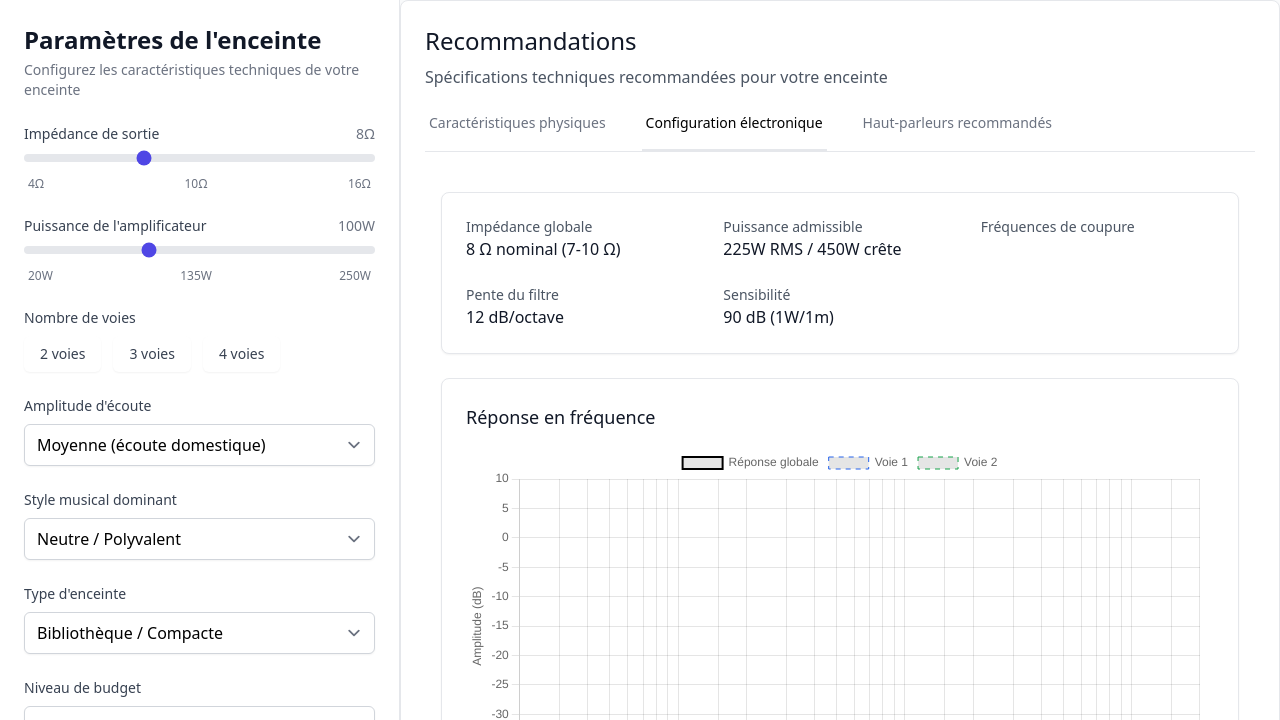
Repository: flobutbut/AcuoTune
Page: /, after clicking the first element matching `nav.flex > :nth-child(2)`
These files come from the project's save history. The page is drawn as it stood at one moment and after the next save; the edit follows.
The browser window is 1280 px wide. The pictures show the whole page.
An inner scrolling area shows only its first screen. The project was rebuilt for these pictures with package versions that can differ from the ones it lists, and the page was loaded fresh each time. Also part of the build but not shown: vite.config.ts, src/components/configurateur/recommendations/SpeakersTab.vue.

Above is the page before, as saved 2025-02-28 14:34:52.

After the next save:
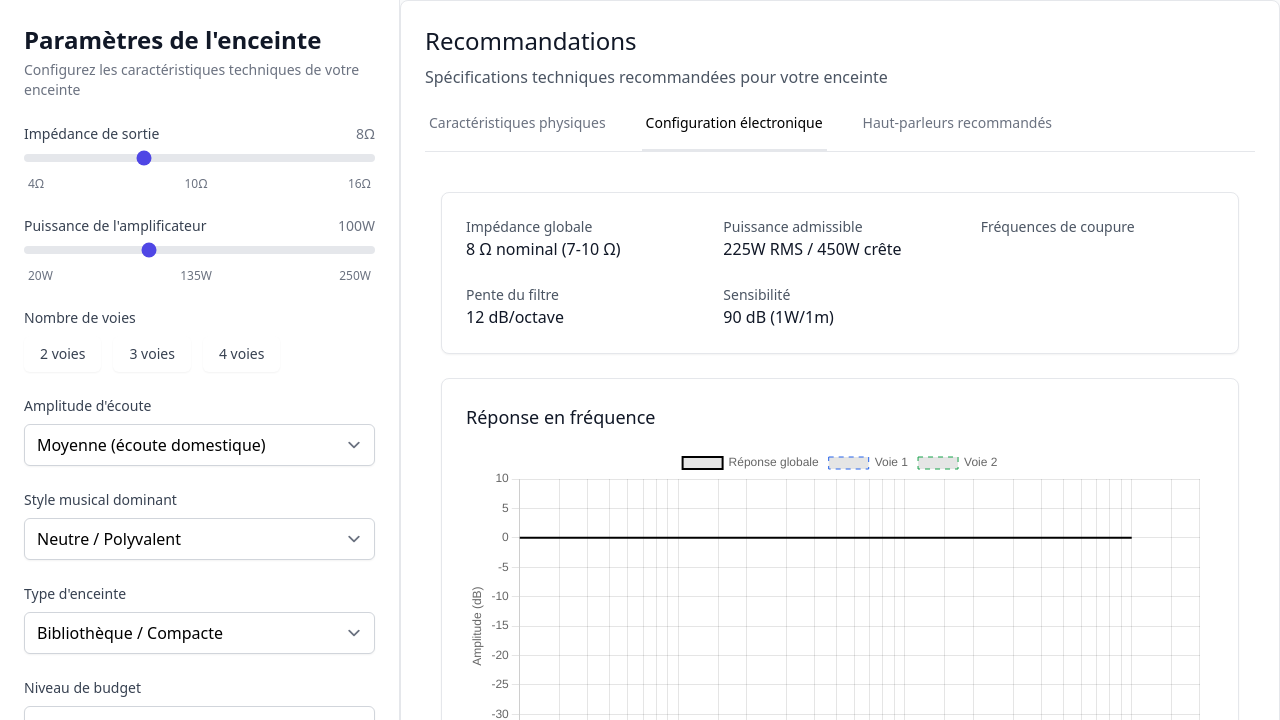
Saved 58 s later.
--- a/src/utils/calculations/frequency-response.ts
+++ b/src/utils/calculations/frequency-response.ts
@@ -67,48 +67,10 @@ function calculateRoomEffects(frequency: number, config: Config): number {
 }
 
 export function calculateVoiceResponse(frequency: number, voiceIndex: number, config: Config, electronicParams: ElectronicParams): number {
-  validateConfig(config)
+  console.log('Input values:', { frequency, voiceIndex, config, electronicParams })
 
   const nombreVoies = parseInt(config.nombreVoies)
   const freqCoupures = electronicParams.frequencesCoupure.map(f => parseInt(f))
-
-  // Ajustements réalistes selon le type d'enceinte
-  const enceinteAdjustments = {
-    'bibliothèque': {
-      bassBoost: -3,
-      maxSpl: 106
-    },
-    'colonne': {
-      bassBoost: 0,
-      maxSpl: 110
-    }
-  }
-
-  const currentEnceinteAdjustments = enceinteAdjustments[config.typeEnceinte as keyof typeof enceinteAdjustments] || {
-    bassBoost: 0,
-    maxSpl: 108
-  }
-
-  // Ajustements selon l'amplitude d'écoute
-  const amplitudeAdjustments = {
-    'faible': {
-      bassBoost: 3,
-      trebleBoost: 2
-    },
-    'moyenne': {
-      bassBoost: 0,
-      trebleBoost: 0
-    },
-    'forte': {
-      bassBoost: -2,
-      trebleBoost: -1
-    }
-  }
-
-  const currentAmplitudeAdjustments = amplitudeAdjustments[config.amplitudeEcoute as keyof typeof amplitudeAdjustments] || {
-    bassBoost: 0,
-    trebleBoost: 0
-  }
 
   let response = 0
 
@@ -121,62 +83,86 @@ export function calculateVoiceResponse(frequency: number, voiceIndex: number, co
     response = calculateMidResponse(frequency, config, freqCoupures[voiceIndex - 1], freqCoupures[voiceIndex])
   }
 
-  // Application des ajustements réalistes
-  response += currentEnceinteAdjustments.bassBoost * Math.exp(-Math.pow(frequency/100, 2))
-  response += currentAmplitudeAdjustments.bassBoost * Math.exp(-Math.pow(frequency/100, 2))
-  response += currentAmplitudeAdjustments.trebleBoost * Math.exp(-Math.pow(5000/frequency, 2))
+  console.log('Response before adjustments:', response)
 
-  // Limitation réaliste selon la puissance
-  const maxSpl = currentEnceinteAdjustments.maxSpl + 10 * Math.log10(config.puissanceAmp/100)
-  response = Math.min(response, maxSpl - 89)
+  // Ajustements selon le type d'enceinte
+  const enceinteBoost = config.typeEnceinte === 'bibliothèque' ? -3 : 0
+  response += enceinteBoost * Math.exp(-Math.pow(frequency/100, 2))
 
+  // Ajustements selon l'amplitude d'écoute
+  const amplitudeBoosts = {
+    'faible': { bass: 3, treble: 2 },
+    'moyenne': { bass: 0, treble: 0 },
+    'forte': { bass: -2, treble: -1 }
+  }
+  const defaultBoost = { bass: 0, treble: 0 }
+  const boosts = amplitudeBoosts[config.amplitudeEcoute as keyof typeof amplitudeBoosts] || defaultBoost
+
+  response += boosts.bass * Math.exp(-Math.pow(frequency/100, 2))
+  response += boosts.treble * Math.exp(-Math.pow(5000/frequency, 2))
+
+  console.log('Final response:', response)
   return response
 }
 
 function calculateBassResponse(frequency: number, config: Config, freqCoupure: number): number {
   let response = 0
 
-  // Réponse du filtre passe-bas
-  response += calculateFilterResponse(frequency, freqCoupure, false, config)
+  // Filtre passe-bas
+  const w = frequency / freqCoupure
+  const order = 2 // 12dB/octave
+  response -= 20 * Math.log10(Math.sqrt(1 + Math.pow(w, 2 * order)))
 
   // Effets de charge
   if (config.typeCharge === 'bass-reflex') {
-    const fb = calculateTuningFrequency(config)
+    const fb = 50 // Fréquence d'accord typique
     if (frequency < fb) {
       response += 12 * Math.log10(frequency/fb)
     }
-  } else { // clos
-    const fs = calculateResonanceFrequency(config)
-    if (frequency < fs) {
-      response -= 12 * Math.log10(fs/frequency)
-    }
   }
-
-  // Effets de la pièce
-  response += calculateRoomEffects(frequency, config)
 
   return response
 }
 
 function calculateTrebleResponse(frequency: number, config: Config, freqCoupure: number): number {
   // Filtre passe-haut
-  return calculateFilterResponse(frequency, freqCoupure, true, config)
+  const w = frequency / freqCoupure
+  const order = 2 // 12dB/octave
+  return 20 * Math.log10(Math.pow(w, order)) - 3 // -3dB à fc
 }
 
 function calculateMidResponse(frequency: number, config: Config, freqBasse: number, freqHaute: number): number {
   // Combinaison passe-haut et passe-bas
-  const responseHaut = calculateFilterResponse(frequency, freqBasse, true, config)
-  const responseBas = calculateFilterResponse(frequency, freqHaute, false, config)
+  const wLow = frequency / freqBasse
+  const wHigh = frequency / freqHaute
+  const order = 2
+
+  const responseHaut = 20 * Math.log10(Math.pow(wLow, order)) - 3
+  const responseBas = -20 * Math.log10(Math.sqrt(1 + Math.pow(wHigh, 2 * order)))
+
   return responseHaut + responseBas
 }
 
 export function calculateGlobalResponse(frequency: number, voiceResponses: number[]): number {
+  console.log('Global response input:', { frequency, voiceResponses })
+
+  // Vérification des valeurs NaN
+  if (voiceResponses.some(resp => isNaN(resp))) {
+    console.error('NaN detected in voice responses')
+    return 0
+  }
+
   // Conversion en amplitudes linéaires
   const amplitudes = voiceResponses.map(db => Math.pow(10, db/20))
+  console.log('Amplitudes:', amplitudes)
 
   // Somme des amplitudes
   const totalAmplitude = amplitudes.reduce((sum, amp) => sum + amp, 0)
+  console.log('Total amplitude:', totalAmplitude)
 
   // Reconversion en dB
-  return 20 * Math.log10(totalAmplitude)
+  const response = 20 * Math.log10(totalAmplitude)
+  console.log('Final global response:', response)
+
+  return response
 }
